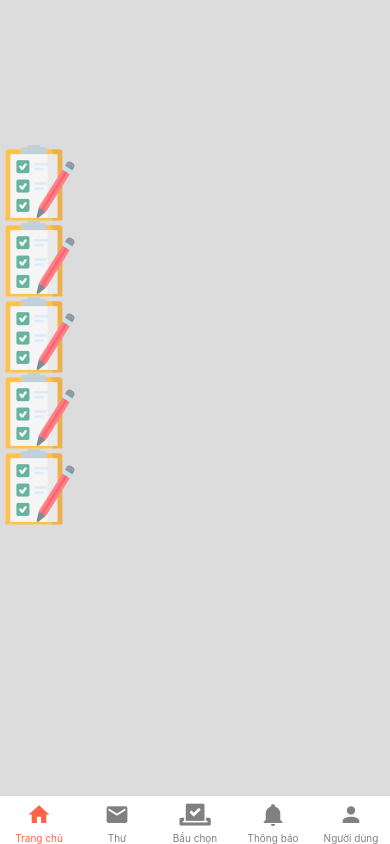
Repository: diepdung02/AppPTC
Page: /Home
An editor plug-in stored every save of this project. The page is shown before and after a run of saves, followed by the edit.
The browser window is 390 px wide. The pictures show the whole page.
The page's requests for data from a server got no answer. The app was drawn by React Native's web renderer in a window 390 px wide. The project was rebuilt for these pictures with package versions that can differ from the ones it lists, and the page was loaded fresh each time. No one was signed in, and anything a server would have sent is missing. Also part of the build but not shown: screen/home/MailScreen.tsx, screen/home/NotificationScreen.tsx, screen/home/UserScreen.tsx, screen/home/VoteScreen.tsx. Imported but missing from the stored project, and not drawn on this page: assets.

Above is the page before, as saved 2024-06-30 15:14:40.

After the next 2 saves:
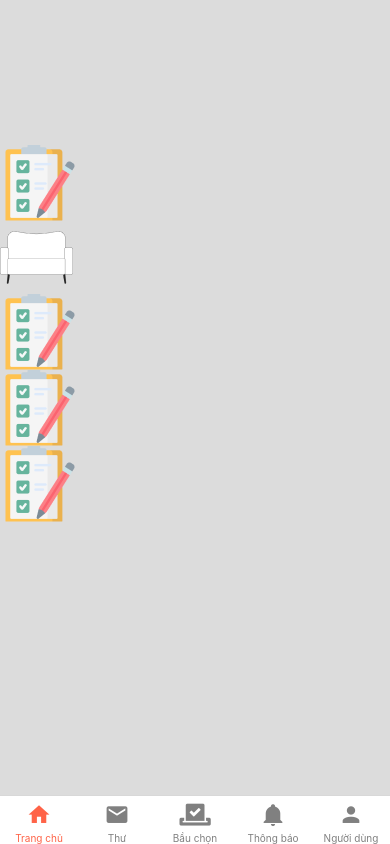
The 2 saves are shown as one change because they came seconds apart.
The last was saved 24 s later.
--- a/screen/home/HomeScreen.tsx
+++ b/screen/home/HomeScreen.tsx
@@ -31,8 +31,8 @@ const HomeScreen: React.FC = () => {
       </View>
       <View>
         <Image source={require('../../assets/check .png')}/>
+        <Image source={require('../../assets/Product.png')}/>
         <Image source={require('../../assets/')}/>
-        <Image source={require('../../assets/check .png')}/>
         <Image source={require('../../assets/check .png')}/>
         <Image source={require('../../assets/check .png')}/>
         <Image source={require('../../assets/check .png')}/>
